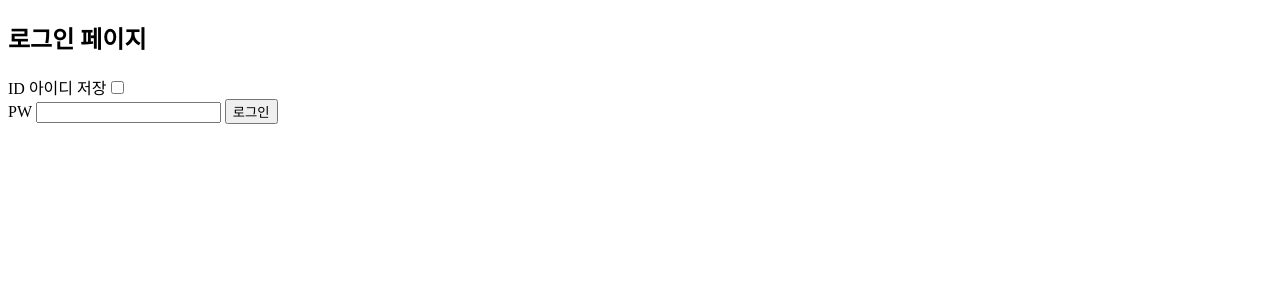
Repository: AHJ2616/Java
Page: http://localhost/board-jsp/04Cookie/idSaveMain.jsp
The author's editor kept a copy of each file at every save. The page is drawn from the files as they stood at one save, then again after the next save.
The browser window is 1280 px wide. The pictures show the whole page.
The page is served by Tomcat 9. Other server files are loaded and not shown.

Above is the page before, as saved 2024-07-24 04:14:06.

### jsp_workspace/board-jsp/src/main/webapp/04Cookie/idSaveMain.jsp
<%@page import="utils.CookieManager"%>
<%@ page language="java" contentType="text/html; charset=UTF-8"
    pageEncoding="UTF-8"%>

    <%
    String loginId = CookieManager.readCookie(request, "loginID"); //로그인ID를 넣어서 value값을 가져와서 집어 넣는다.

    String cookieCheck="";
    if(!loginId.equals("")){
    	cookieCheck = "checked";

    }
    %>

<!DOCTYPE html>
<html>
<head>
<meta charset="UTF-8">
<title>idSaveMain.jsp : 쿠키를 이용한 아이디 저장 및 alert 테스트</title>
</head>
<body>
<h2>로그인 페이지</h2>
<form action= "id_save.jsp" method= "post">
 ID <inout type="text" name="uer_id" value= "<%= loginId %>" />
 아이디 저장<input type="checkbox" name="save_check" value="yes" <%= cookieCheck %> />
<br>
PW <input type= "password" name="user_pw" />
<input type= "submit" value="로그인">

</form>
</body>
</html>

### jsp_workspace/board-jsp/src/main/java/utils/CookieManager.java
package utils;

import javax.servlet.http.Cookie;
import javax.servlet.http.HttpServletRequest;
import javax.servlet.http.HttpServletResponse;

public class CookieManager {
	 // 명시한 이름, 값, 유지 기간 조건으로 새로운 쿠키를 생성합니다.


    public static void makeCookie(HttpServletResponse response, String cName,
            String cValue, int cTime) {
        Cookie cookie = new Cookie(cName, cValue); // 쿠키 생성
        cookie.setPath("/");         // 경로 설정
        cookie.setMaxAge(cTime);     // 유지 기간 설정
        response.addCookie(cookie);  // 응답 객체에 추가
    }


    // 명시한 이름의 쿠키를 찾아 그 값을 반환합니다.
    public static String readCookie(HttpServletRequest request, String cName) {
        String cookieValue = "";  // 반환 값

        Cookie[] cookies = request.getCookies();
        if (cookies != null) {
            for (Cookie c : cookies) {
                String cookieName = c.getName();
                if (cookieName.equals(cName)) {
                    cookieValue = c.getValue();  // 반환 값 갱신
                }
            }
        }
        return cookieValue;
    }



    // 명시한 이름의 쿠키를 삭제합니다.
    public static void deleteCookie(HttpServletResponse response, String cName) {
        makeCookie(response, cName, "", 0);
    }


}//class end

After the next save:
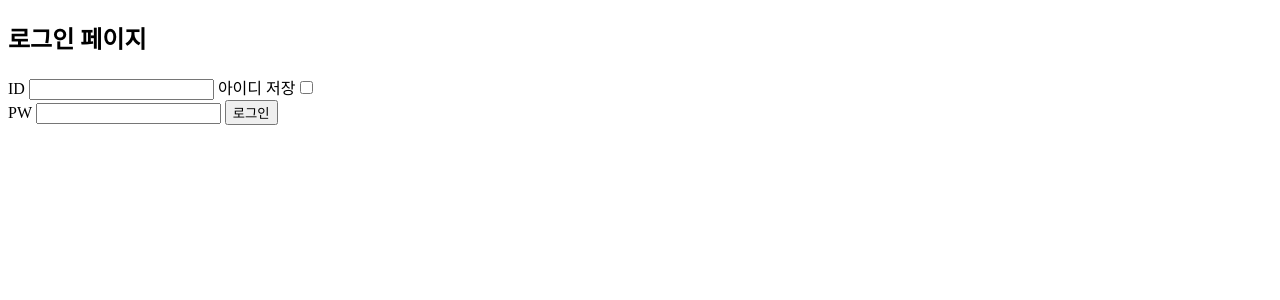
Saved 16 s later.
--- a/jsp_workspace/board-jsp/src/main/webapp/04Cookie/idSaveMain.jsp
+++ b/jsp_workspace/board-jsp/src/main/webapp/04Cookie/idSaveMain.jsp
@@ -21,7 +21,7 @@
 <body>
 <h2>로그인 페이지</h2>
 <form action= "id_save.jsp" method= "post">
- ID <inout type="text" name="uer_id" value= "<%= loginId %>" />
+ ID <input type= "text" name="uer_id" value= "<%= loginId %>" />
  아이디 저장<input type="checkbox" name="save_check" value="yes" <%= cookieCheck %> />
 <br>
 PW <input type= "password" name="user_pw" />
